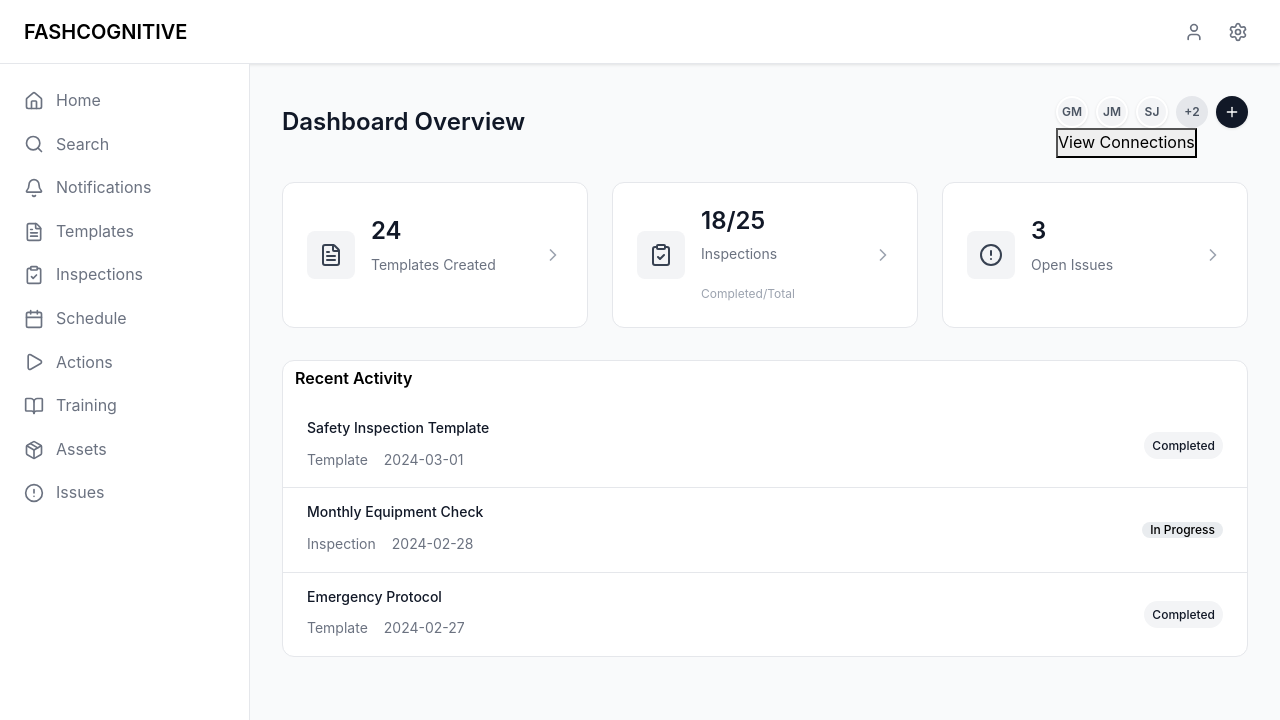
Repository: loganand612/fashcognitive-intern
Page: /dashboard (app in fash/)
These files come from the project's save history. The page is drawn as it stood at one moment and after the next save; the edit follows.
The browser window is 1280 px wide. The pictures show the whole page.
The project was rebuilt for these pictures with package versions that can differ from the ones it lists, and the page was loaded fresh each time. Also part of the build but not shown: fash/src/pages/Login.css, fash/src/pages/Register.css, fash/src/pages/Template.css, fash/src/pages/Home.tsx, fash/src/pages/Login.tsx, fash/src/pages/Register.tsx, fash/src/pages/Home2.tsx, fash/src/components/AccessManager.tsx and 2 more. Imported but missing from the stored project, and not drawn on this page: fash/src/pages/assets/head1.mp4.

Above is the page before, as saved 2025-04-14 09:23:17.

After the next save:
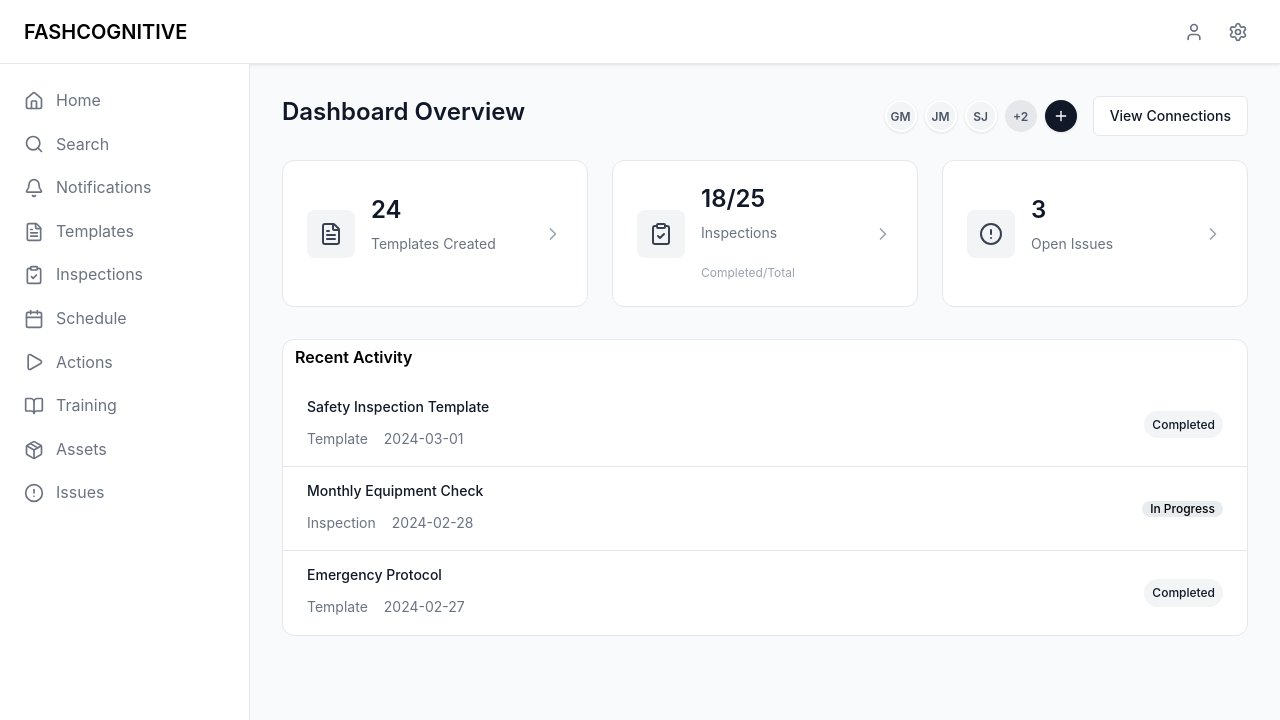
Saved 13 s later.
--- a/fash/src/components/ConnectionsPanel.css
+++ b/fash/src/components/ConnectionsPanel.css
@@ -1,5 +1,11 @@
 .connections-panel {
   position: relative;
+}
+
+.connections-container {
+  display: flex;
+  align-items: center;
+  gap: 16px;
 }
 
 .connections-display {
@@ -76,6 +82,26 @@
 .add-connection-button:hover {
   background-color: #374151;
   transform: translateY(-2px);
+}
+
+.view-connections-button {
+  padding: 8px 16px;
+  background-color: white;
+  color: #111827;
+  border: 1px solid #e5e7eb;
+  border-radius: 6px;
+  font-size: 14px;
+  font-weight: 500;
+  cursor: pointer;
+  transition: all 0.2s;
+  white-space: nowrap;
+}
+
+.view-connections-button:hover {
+  background-color: #f9fafb;
+  border-color: #d1d5db;
+  transform: translateY(-1px);
+  box-shadow: 0 2px 4px rgba(0, 0, 0, 0.05);
 }
 
 /* Modal styles */
